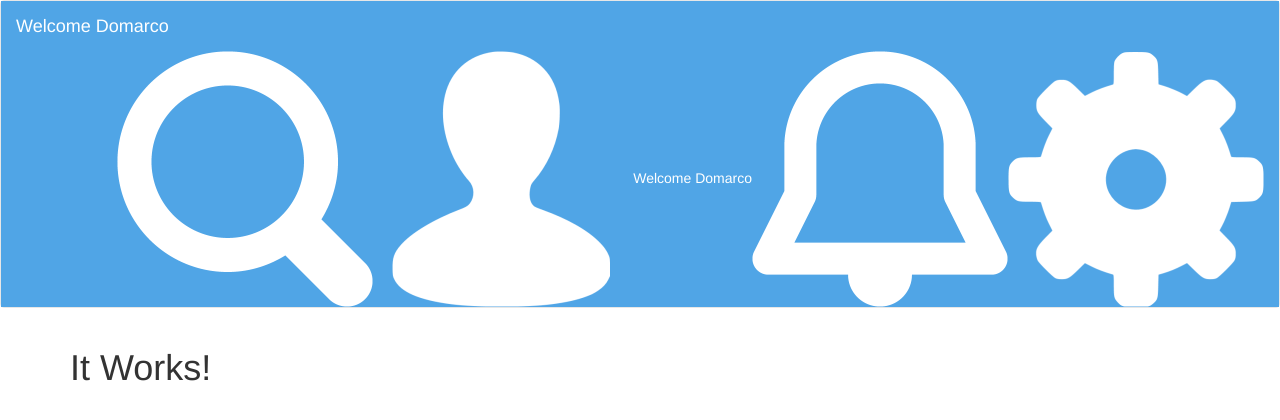
Repository: PrestasiBengis/PBO2-FinalProject
Page: http://localhost/FinalProject_-_Sistem_SKKM/MainFrame.jsp
An editor plug-in stored every save of this project. The page is shown before and after the next save, followed by the edit.
The browser window is 1280 px wide. The pictures show the whole page.
The page is served by Tomcat 9.

Above is the page before, as saved 2015-05-22 10:31:26.

After the next save:
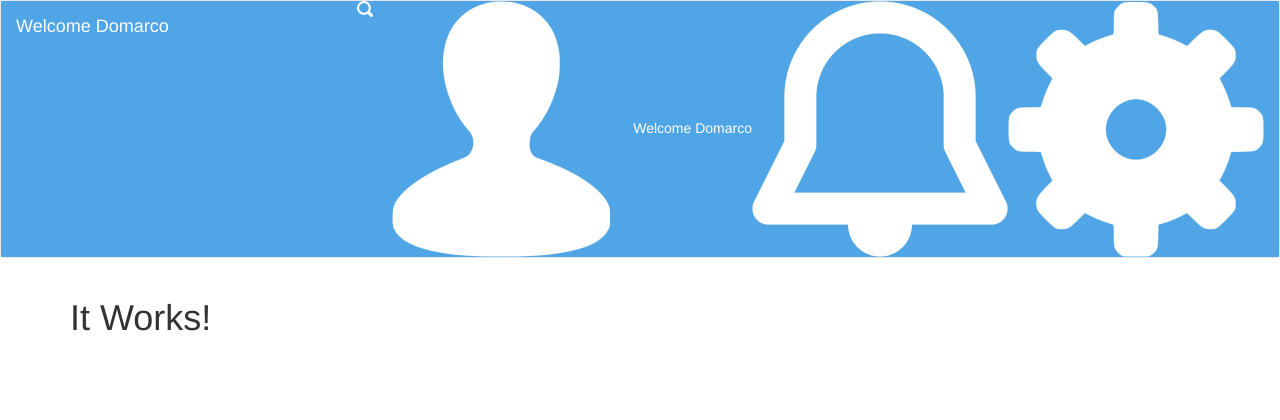
Saved 22 s later.
--- a/FinalProject - Sistem SKKM/WebContent/MainFrame.jsp
+++ b/FinalProject - Sistem SKKM/WebContent/MainFrame.jsp
@@ -36,6 +36,10 @@
 		#header{
 			background: #50A5E6;
 			color: #fff;
+		}
+		.gambarHeader {
+			height: 16px;
+			width: 16px;
 		}
 	</style>
 
